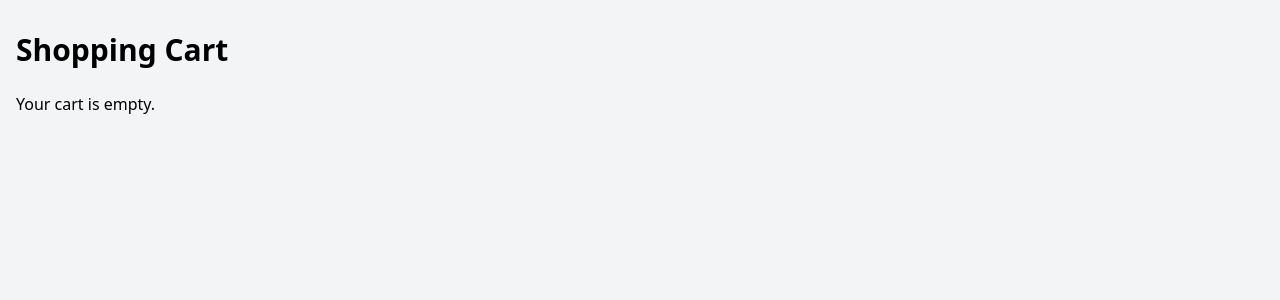
Repository: AsirAl-Anan/php-eccomerce
Page: http://localhost/admin/cart.php
The author's editor kept a copy of each file at every save. The page is drawn from the files as they stood at one save, then again after the next save.
The browser window is 1280 px wide. The pictures show the whole page.
Some web libraries are served in a nearby version. The page is run by PHP 8.4 with error messages shown; the project is at /var/www/html/.

Above is the page before, as saved 2024-08-11 21:17:49.

After the next save:
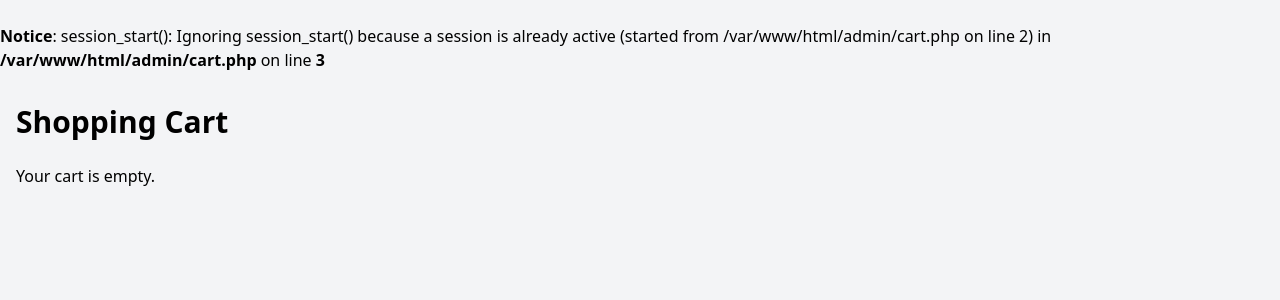
Saved 19 s later.
--- a/admin/cart.php
+++ b/admin/cart.php
@@ -1,10 +1,16 @@
 <?php
+session_start();
 session_start();
 require_once '../config/config.php';
 
 // Function to get cart items
-function getCartItems() {
-    return isset($_SESSION['cart']) ? $_SESSION['cart'] : [];
+function getCartItems($user_id) {
+    global $conn;
+    $stmt = $conn->prepare("SELECT * FROM cart WHERE user_id = ?");
+    $stmt->bind_param("i", $user_id);
+    $stmt->execute();
+    $result = $stmt->get_result();
+    return $result->fetch_all(MYSQLI_ASSOC);
 }
 
 // Function to calculate total price
@@ -14,7 +20,8 @@
     }, 0);
 }
 
-$cartItems = getCartItems();
+$user_id = isset($_SESSION['user_id']) ? intval($_SESSION['user_id']) : 0;
+$cartItems = $user_id ? getCartItems($user_id) : [];
 $total = calculateTotal($cartItems);
 
 ?>

After the save that followed:
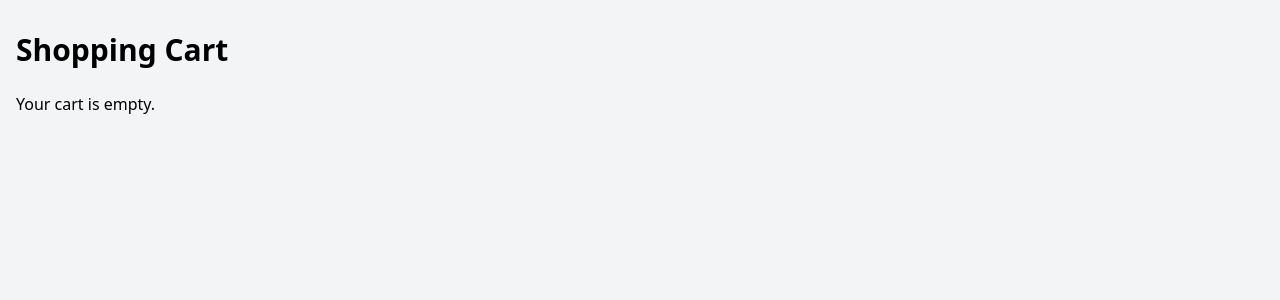
Saved 78 s later.
--- a/admin/cart.php
+++ b/admin/cart.php
@@ -1,6 +1,6 @@
 <?php
 session_start();
-session_start();
+
 require_once '../config/config.php';
 
 // Function to get cart items
